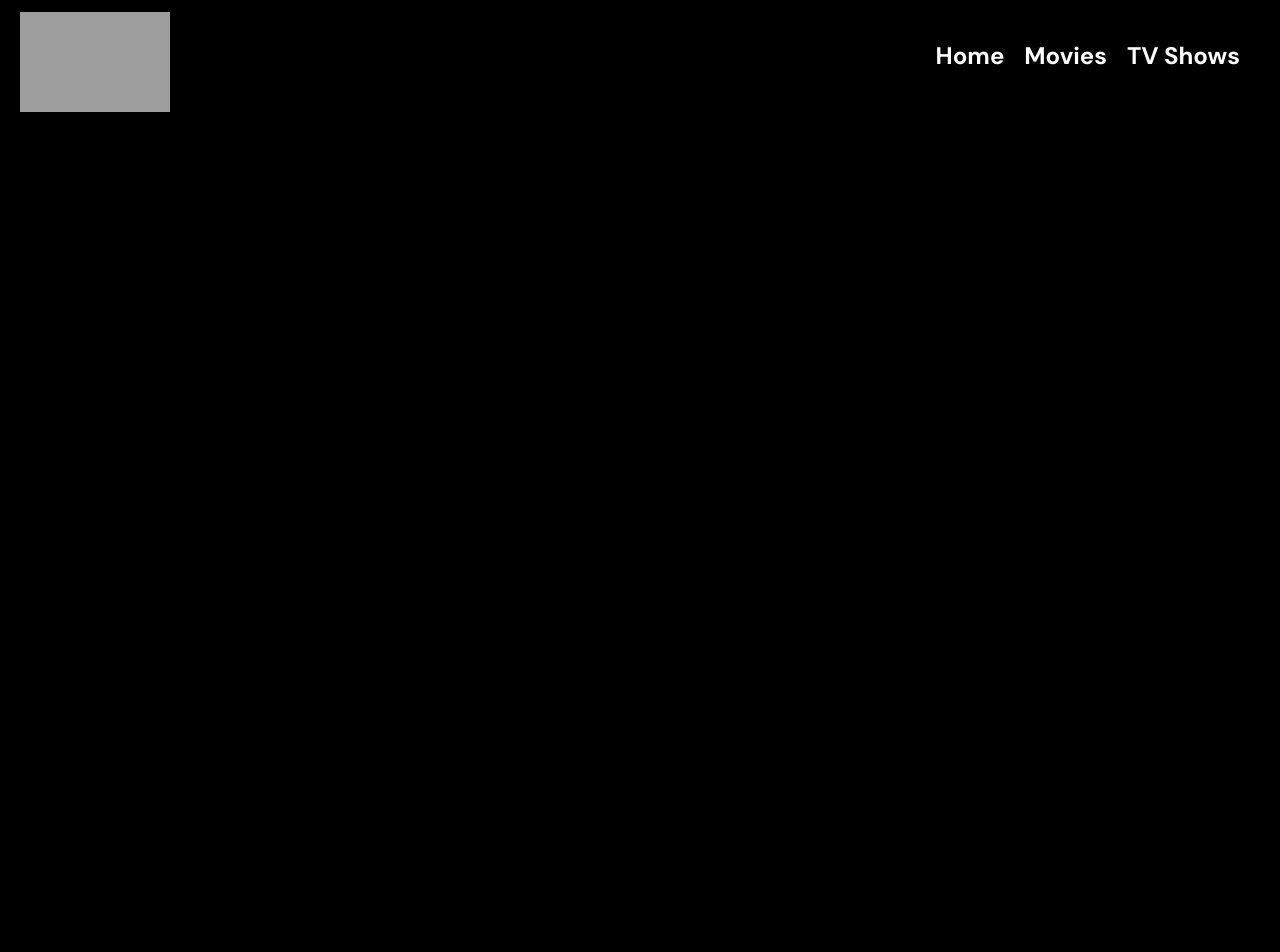
Repository: quynguyenn97/react-movie-app
Page: /
An editor plug-in stored every save of this project. The page is shown before and after the next save, followed by the edit.
The browser window is 1280 px wide. The pictures show the part of the page from y = 0 to 952 px (the page is 1996 px tall).
Pictures or frames that could not be fetched are drawn as grey boxes. The page's requests for data from a server got no answer. The project was rebuilt for these pictures with package versions that can differ from the ones it lists, and the page was loaded fresh each time. No one was signed in, and anything a server would have sent is missing. Also part of the build but not shown: src/components/button/Button.js, src/hook/useDebounce.js, src/components/shows/ShowsCard.js, src/pages/ShowPage.js, src/pages/ShowDetailPage.js.

Above is the page before, as saved 2022-10-15 09:07:59.

After the next save:
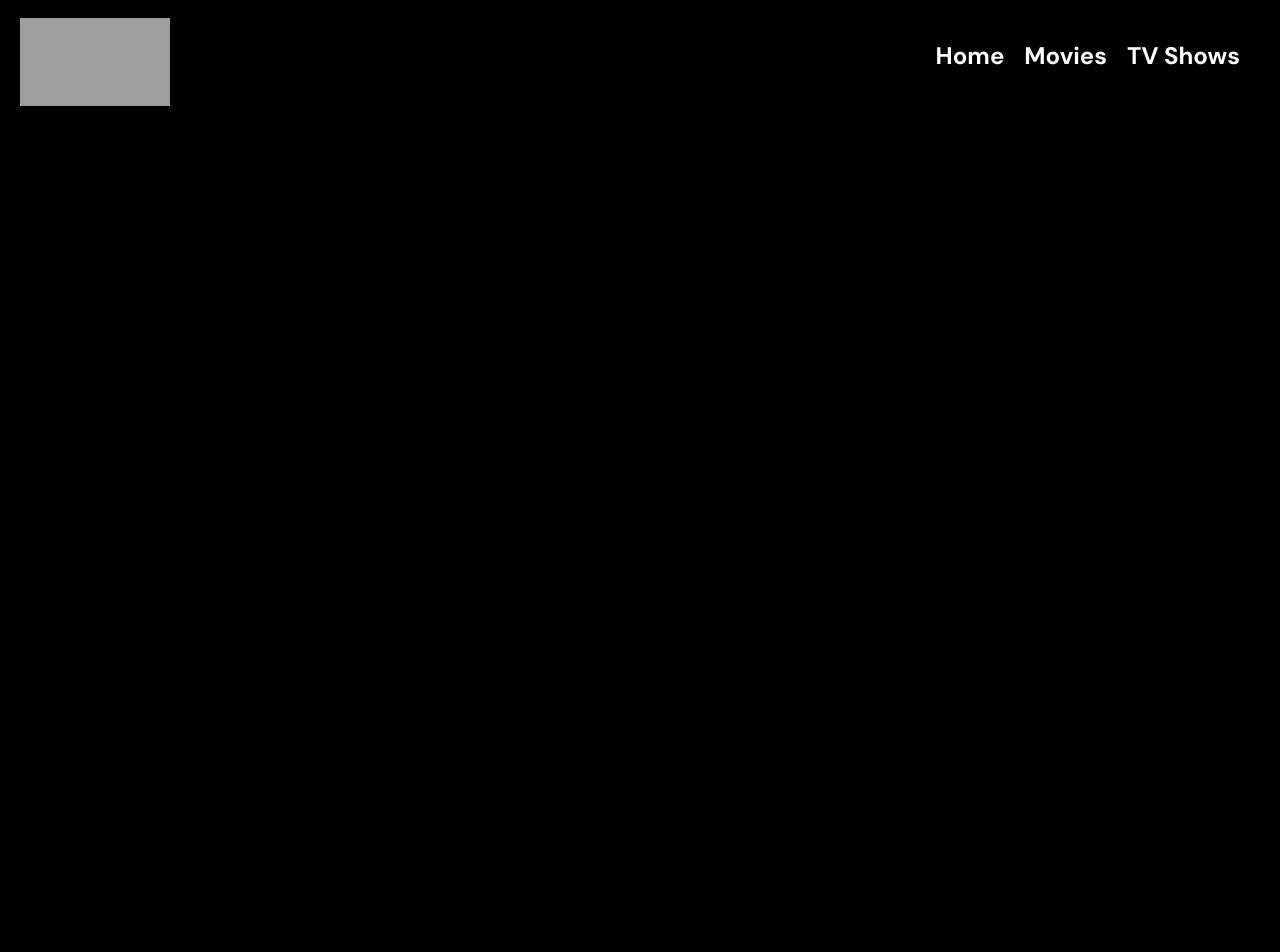
Saved 7 s later.
--- a/src/layout/Header.js
+++ b/src/layout/Header.js
@@ -5,7 +5,7 @@ const Header = () => {
     return (
         <header>
             <div className="flex items-center justify-between page-container flex-wrap sm:flex-nowrap ">
-                <div className="w-[250px] h-[50px] sm:w-[150px] sm:h-[100px] mx-auto sm:mx-0 mt-3">
+                <div className="w-[250px] h-[50px] sm:w-[150px] sm:h-[100px] mx-auto sm:mx-0 pt-3">
                     <img
                         src="https://i0.wp.com/www.downloadfonts.io/wp-content/uploads/2021/09/Netflix-Logo-Font.png?fit=1024%2C581&ssl=1"
                         alt=""
